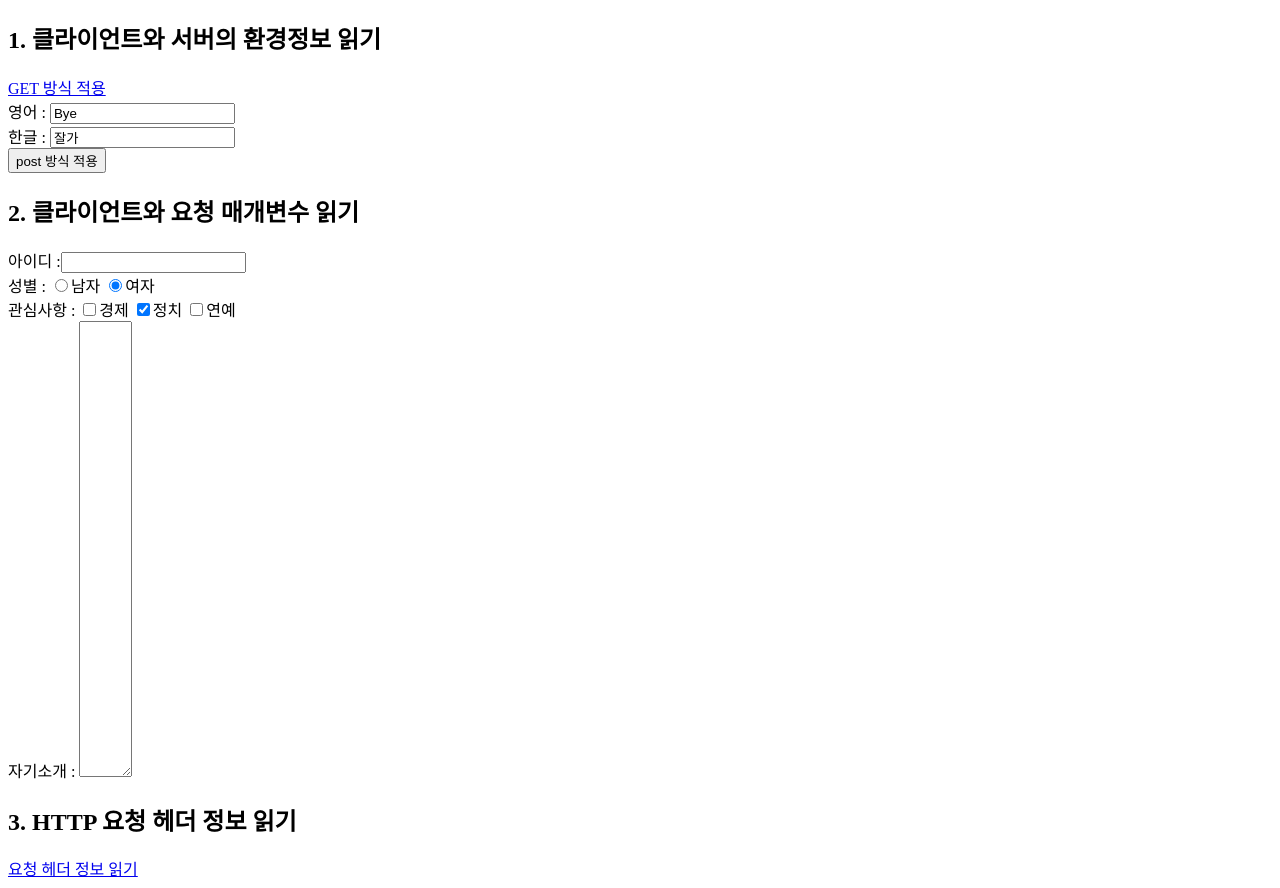
Repository: jwjb1020/Java_tomcat_jsp
Page: http://localhost/MustHaveJSP1/02ImplicitObject/RequestMain.jsp
The author's editor kept a copy of each file at every save. The page is drawn from the files as they stood at one save, then again after the next save.
The browser window is 1280 px wide. The pictures show the whole page.
The page is served by Tomcat 9.

Above is the page before, as saved 2023-05-12 06:20:23.

After the next save:
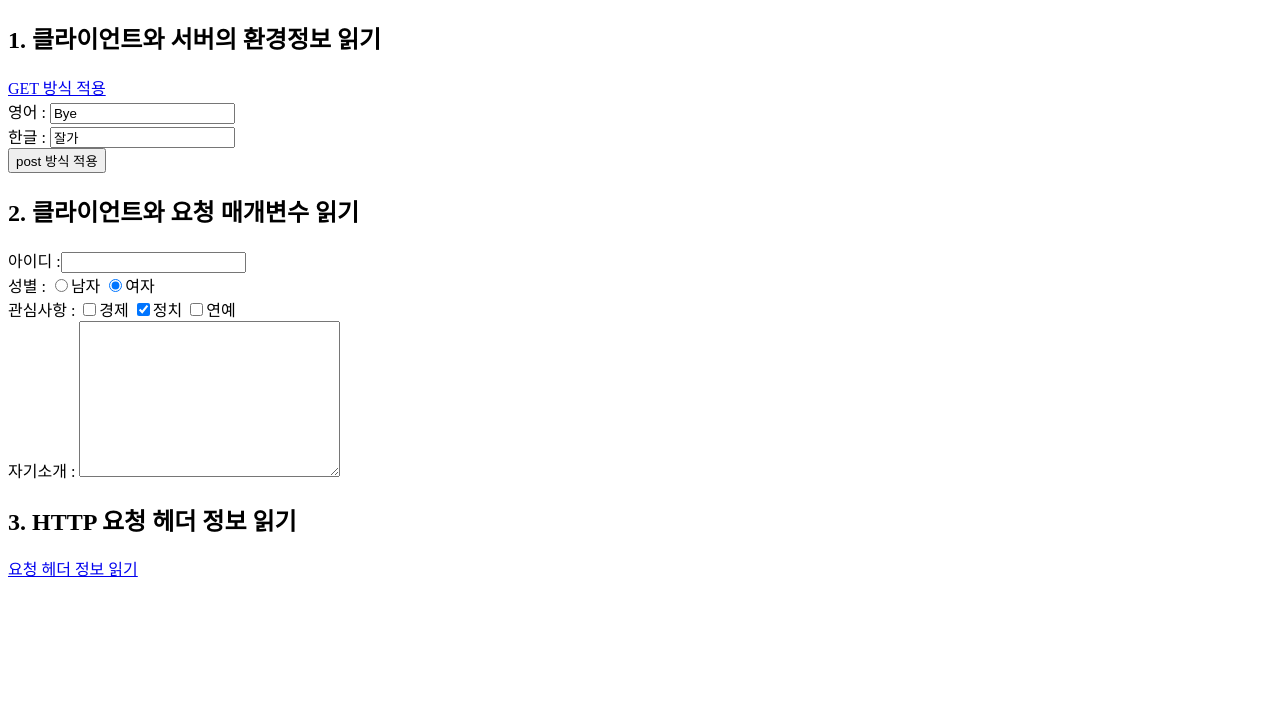
Saved 8 min 46 s later.
--- a/MustHaveJSP1/src/main/webapp/02ImplicitObject/RequestMain.jsp
+++ b/MustHaveJSP1/src/main/webapp/02ImplicitObject/RequestMain.jsp
@@ -7,7 +7,7 @@
 <title>내장 객체 - request </title>
 </head>
 <body>
-<% request.setCharacterEncoding("UTF-8"); %>
+
 <h2>1. 클라이언트와 서버의 환경정보 읽기</h2>
 <a href = "./RequestWebInfo.jsp?eng=Hello&han=안녕"> GET 방식 적용</a>
 <br/>
@@ -30,7 +30,7 @@
 <input type ="checkbox" name="favo" value="pol" checked="checked" />정치
 <input type ="checkbox" name="favo" value="ent"  />연예<br />
 자기소개 :
-<textarea name = "intro" rows="30" cols="4"></textarea>
+<textarea name = "intro" rows="10" cols="30"></textarea>
 <br/>
 
 
